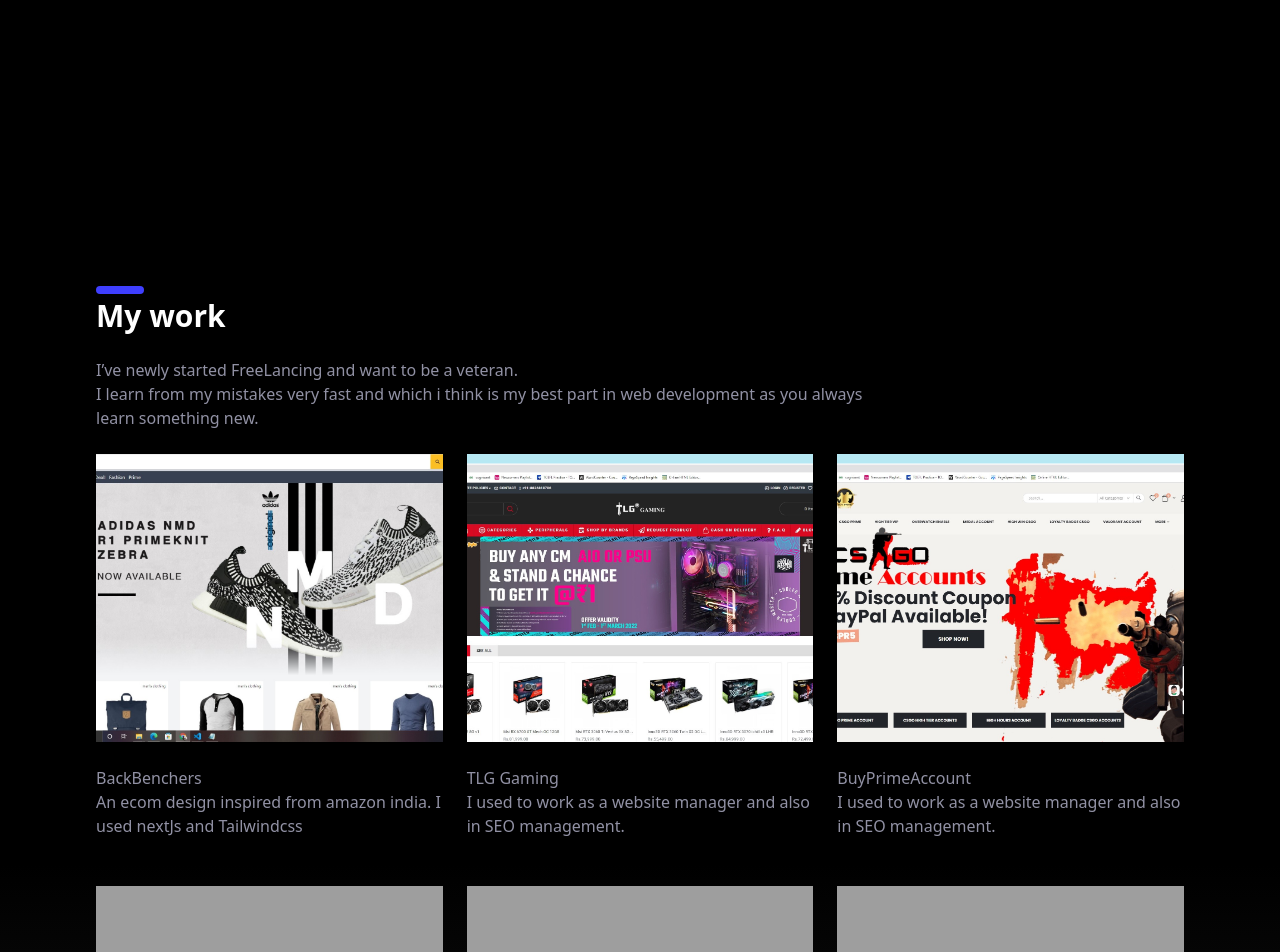
Repository: Alex0715/portfolio
Page: /components/work
An editor plug-in stored every save of this project. The page is shown before and after the next save, followed by the edit.
The browser window is 1280 px wide. The pictures show the part of the page from y = 0 to 952 px (the page is 5756 px tall).
Pictures or frames that could not be fetched are drawn as grey boxes. The project was rebuilt for these pictures with package versions that can differ from the ones it lists, and the page was loaded fresh each time. The framework's server and built-in components were replaced by stand-ins that run in the browser. Also part of the build but not shown: next.config.js.

Above is the page before, as saved 2022-02-09 19:15:00.

After the next save:
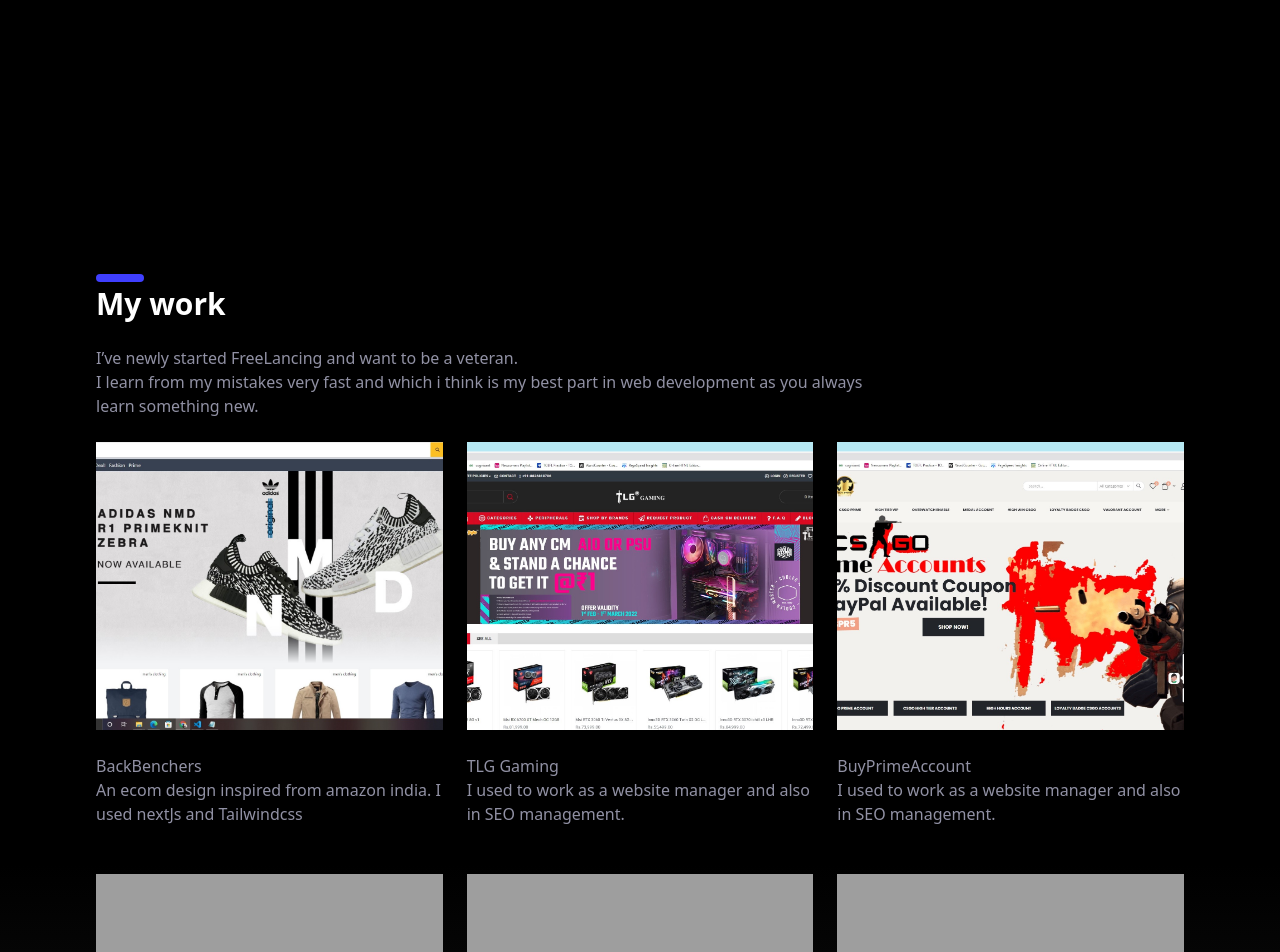
Saved 20 s later.
--- a/pages/components/work.js
+++ b/pages/components/work.js
@@ -15,7 +15,7 @@
           <p className="section-paragraph">BuyPrimeAccount <br></br> I used to work as a website manager and also in SEO management.</p>
           </a>
           <a><img src="/java.jpg" className="w-full hidden md:block bg-nav h-36 lg:h-72 object-cover"/>
-          <p className="section-paragraph">Advanced Java <br></br> I did my advanced java courses from ISOEH Kolkata.</p>
+          <p className="section-paragraph">Advanced Java <br></br> I did my advanced java courses from ISOEH(Indian School of Ethical Hacking) Kolkata.</p>
           </a>
           <a><img src="https://images.unsplash.com/photo-1547119957-637f8679db1e?ixlib=rb-1.2.1&ixid=MnwxMjA3fDB8MHxwaG90by1wYWdlfHx8fGVufDB8fHx8&auto=format&fit=crop&w=764&q=80" className="w-full hidden md:block bg-nav h-36 lg:h-72 object-cover"/>
           <p className="section-paragraph">TLG Gaming <br></br> I used to work as a website manager and also in SEO management.</p>
